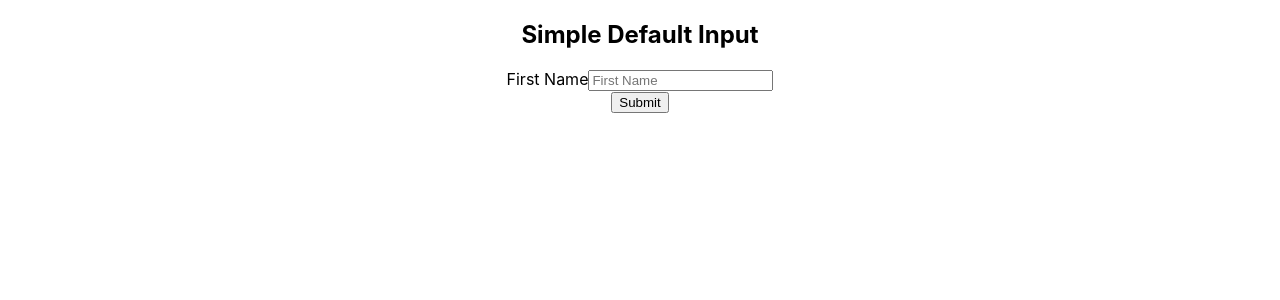
Repository: rishhabh-jain/isbndb
Page: /
The author's editor kept a copy of each file at every save. The page is drawn from the files as they stood at one save, then again after the next save.
The browser window is 1280 px wide. The pictures show the whole page.
The project was rebuilt for these pictures with package versions that can differ from the ones it lists, and the page was loaded fresh each time.

Above is the page before, as saved 2022-02-03 01:35:19.

### src/App.js
import logo from './logo.svg';
import { Form, Field } from 'react-final-form'
import './App.css';

function App() {
  return (
    <div className="App">
     <MyForm/>
    </div>
  );
}
const onSubmit = () => {
  window.alert("onsubmit working");
}
const MyForm = () => (
  <Form
    onSubmit={onSubmit}
    render={({ handleSubmit }) => (
      <form onSubmit={handleSubmit}>
        <h2>Simple Default Input</h2>
        <div>
          <label>First Name</label>
          <Field name="firstName" component="input" placeholder="First Name" />
        </div>
        <button type="submit">Submit</button>
      </form>
    )}
  />
)

export default App;

Loaded but not shown: public/index.html (common file); src/index.js (common file); src/index.css (common file); src/reportWebVitals.js (common file); src/App.css (common file)

After the next save:
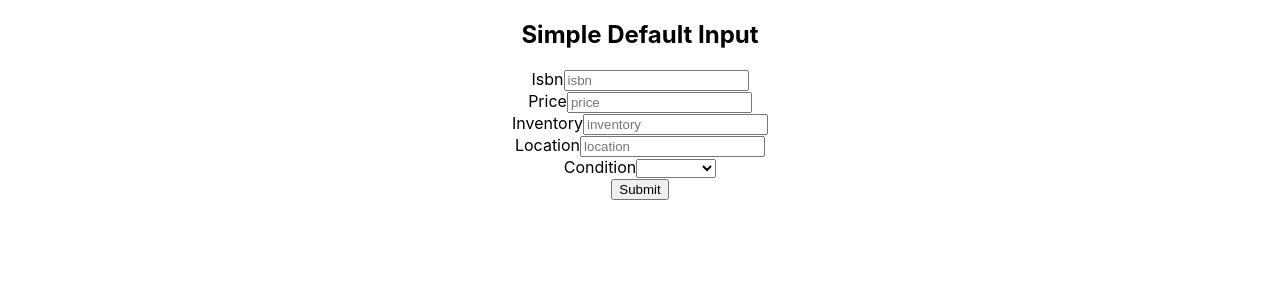
Saved 4 min 15 s later.
--- a/src/App.js
+++ b/src/App.js
@@ -19,9 +19,32 @@ const MyForm = () => (
       <form onSubmit={handleSubmit}>
         <h2>Simple Default Input</h2>
         <div>
-          <label>First Name</label>
-          <Field name="firstName" component="input" placeholder="First Name" />
+          <label>Isbn</label>
+          <Field name="Isbn" component="input" placeholder="isbn" />
         </div>
+        <div>
+          <label>Price</label>
+          <Field name="price" component="input" placeholder="price" />
+        </div>
+        <div>
+          <label>Inventory</label>
+          <Field name="inventory" component="input" placeholder="inventory" />
+        </div>
+        <div>
+          <label>Location</label>
+          <Field name="location" component="input" placeholder="location" />
+        </div>
+        <div>
+          <label>Condition</label>
+          <Field name="condition" component="select">
+              <option />
+              <option value=" Good "> Good </option>
+              <option value=" Like new "> Like new </option>
+              <option value=" New"> New </option>
+              <option value="Readable"> Readable</option>
+            </Field>
+        </div>
+
         <button type="submit">Submit</button>
       </form>
     )}
